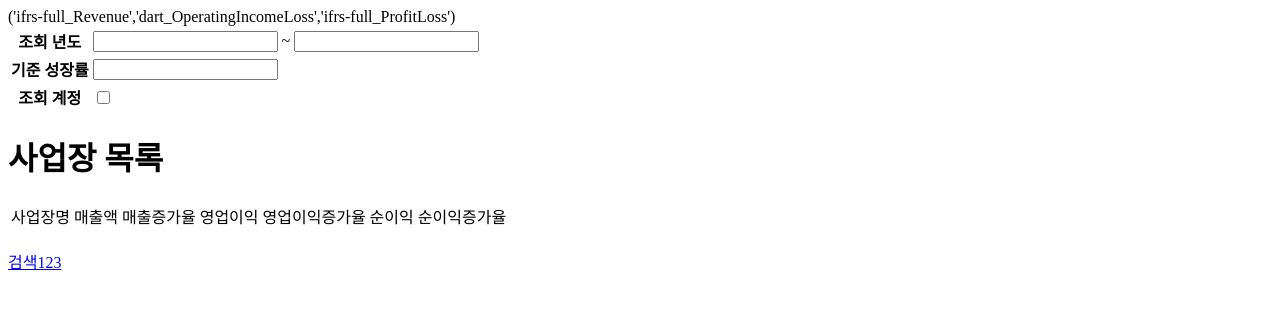
Repository: bangProgram/PJT_Finance
Page: http://localhost/Finance/WEB-INF/views/report/reportList.jsp
These files come from the project's save history. The page is drawn as it stood at one moment and after the next save; the edit follows.
The browser window is 1280 px wide. The pictures show the whole page.
The page is served by Tomcat 9. Nobody is signed in. Other server files are loaded and not shown. The template is opened directly, without the code that normally fills it, so the values that code supplies are empty.

Above is the page before, as saved 2022-10-19 07:16:47.

### Finance/src/main/webapp/WEB-INF/views/report/reportList.jsp
<%@ page pageEncoding="UTF-8" contentType="text/html;charset=utf-8"%>
<%@ taglib prefix="fmt" uri="http://java.sun.com/jsp/jstl/fmt"%>
<%@ taglib uri="http://java.sun.com/jsp/jstl/core" prefix="c"%>
<html>
<head>
<title>사업장 목록</title>
</head>
<body>
	<form action="">
		<table>
			<tr>
				<th>조회 년도</th>
				<td><input type="text" name="pStartYear" id="pStartYear" value="" title="조회 시작년도"> ~ <input type="text" name="pEndYear" id="pEndYear" value="${curYear}" title="조회 시작년도">  </td>
			</tr>
			<tr>
				<th>기준 성장률</th>
				<td><input type="text" name="chkAccRate" id="chkAccRate" value="" title="조회 시작년도">  </td>
			</tr>
			<tr>
				<th>조회 계정</th>
				('ifrs-full_Revenue','dart_OperatingIncomeLoss','ifrs-full_ProfitLoss')
				<td><input type="checkbox" name="chkAccRate" id="chkAccRate" value="" title="조회 시작년도">  </td>
			</tr>
		</table>

	</form>
	<h1>사업장 목록</h1>
	<table>
		<thead>
			<tr>
				<td>사업장명</td>
				<td>매출액</td>
				<td>매출증가율</td>
				<td>영업이익</td>
				<td>영업이익증가율</td>
				<td>순이익</td>
				<td>순이익증가율</td>
			</tr>
		</thead>
		<tbody>
		<tr>
			<c:forEach var="row" items="${data}">
					<td>${row.corp_name}</td>
					<td>${row.category}</td>
					<td>${row.category}</td>
					<td>${row.category}</td>
					<td>${row.category}</td>
					<td>${row.category}</td>
					<td>${row.category}</td>
			</c:forEach>
		</tr>
		</tbody>

	</table>
	<p>
		<a href="/report/select">검색123</a>
	</p>
</body>
</html>

After the next save:
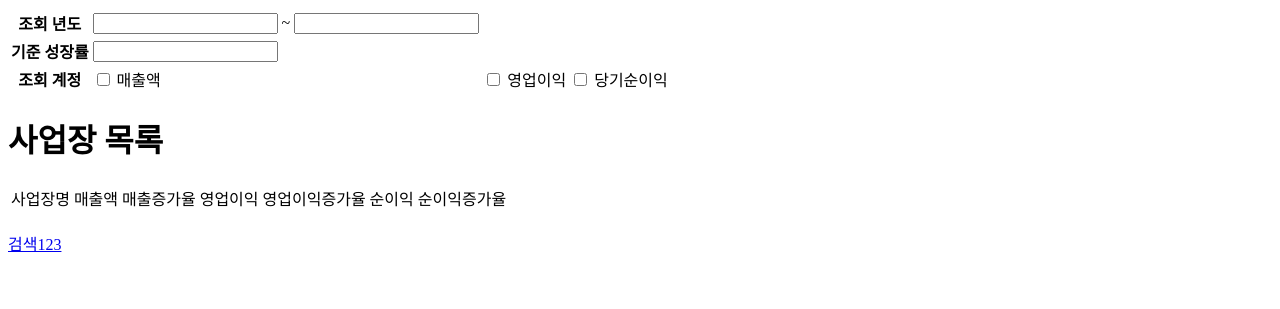
Saved 16 min 56 s later.
--- a/Finance/src/main/webapp/WEB-INF/views/report/reportList.jsp
+++ b/Finance/src/main/webapp/WEB-INF/views/report/reportList.jsp
@@ -14,12 +14,13 @@
 			</tr>
 			<tr>
 				<th>기준 성장률</th>
-				<td><input type="text" name="chkAccRate" id="chkAccRate" value="" title="조회 시작년도">  </td>
+				<td><input type="text" name="chkAccRate" id="chkAccRate" value="" title="기준 성장률">  </td>
 			</tr>
 			<tr>
 				<th>조회 계정</th>
-				('ifrs-full_Revenue','dart_OperatingIncomeLoss','ifrs-full_ProfitLoss')
-				<td><input type="checkbox" name="chkAccRate" id="chkAccRate" value="" title="조회 시작년도">  </td>
+				<td><input type="checkbox" name="pAccountId" id="pAccountId" value="ifrs-full_Revenue" title="매출액"> 매출액 </td>
+				<td><input type="checkbox" name="pAccountId" id="pAccountId" value="dart_OperatingIncomeLoss" title="영업이익"> 영업이익 </td>
+				<td><input type="checkbox" name="pAccountId" id="pAccountId" value="ifrs-full_ProfitLoss" title="당기순이익"> 당기순이익 </td>
 			</tr>
 		</table>
 
